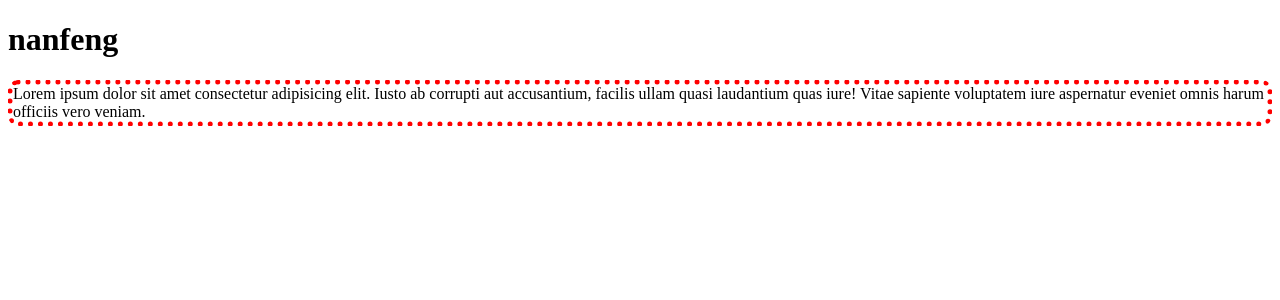
Repository: nanfengovo/CSS
Page: border.html
An editor plug-in stored every save of this project. The page is shown before and after the next save, followed by the edit.
The browser window is 1280 px wide. The pictures show the whole page.

Above is the page before, as saved 2024-12-31 23:20:53.

After the next save:
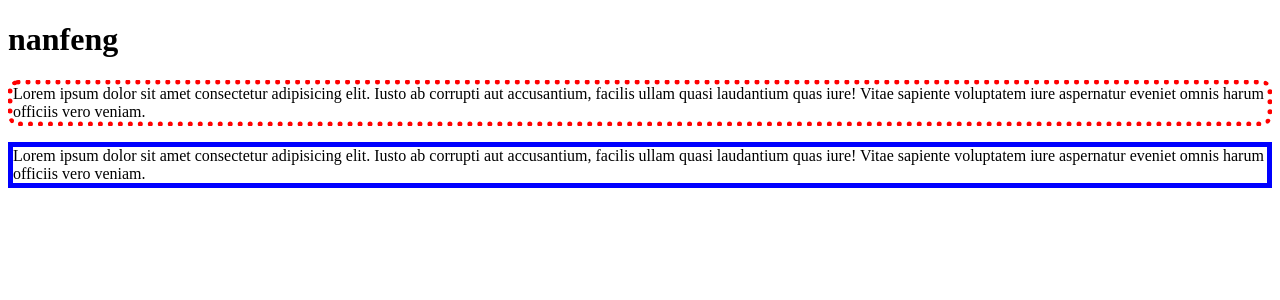
Saved 60 s later.
--- a/border.html
+++ b/border.html
@@ -5,16 +5,20 @@
     <meta name="viewport" content="width=device-width, initial-scale=1.0">
     <title>边框 border</title>
     <style>
-        p{
+        #p1{
             border-style: dotted;/*边框样式 solid :实线* ,dotted 虚线*/
             border-width: 5px;/*边框宽度*/
             border-color: red;/*边框颜色*/
             border-radius: 10px;/*边框圆角*/
         }
+        #p2{
+            border: solid 5px blue;/*简写*/
+        }
     </style>
 </head>
 <body>
     <h1>nanfeng</h1>
-    <p>Lorem ipsum dolor sit amet consectetur adipisicing elit. Iusto ab corrupti aut accusantium, facilis ullam quasi laudantium quas iure! Vitae sapiente voluptatem iure aspernatur eveniet omnis harum officiis vero veniam.</p>
+    <p id="p1">Lorem ipsum dolor sit amet consectetur adipisicing elit. Iusto ab corrupti aut accusantium, facilis ullam quasi laudantium quas iure! Vitae sapiente voluptatem iure aspernatur eveniet omnis harum officiis vero veniam.</p>
+    <p id="p2">Lorem ipsum dolor sit amet consectetur adipisicing elit. Iusto ab corrupti aut accusantium, facilis ullam quasi laudantium quas iure! Vitae sapiente voluptatem iure aspernatur eveniet omnis harum officiis vero veniam.</p>
 </body>
 </html>
